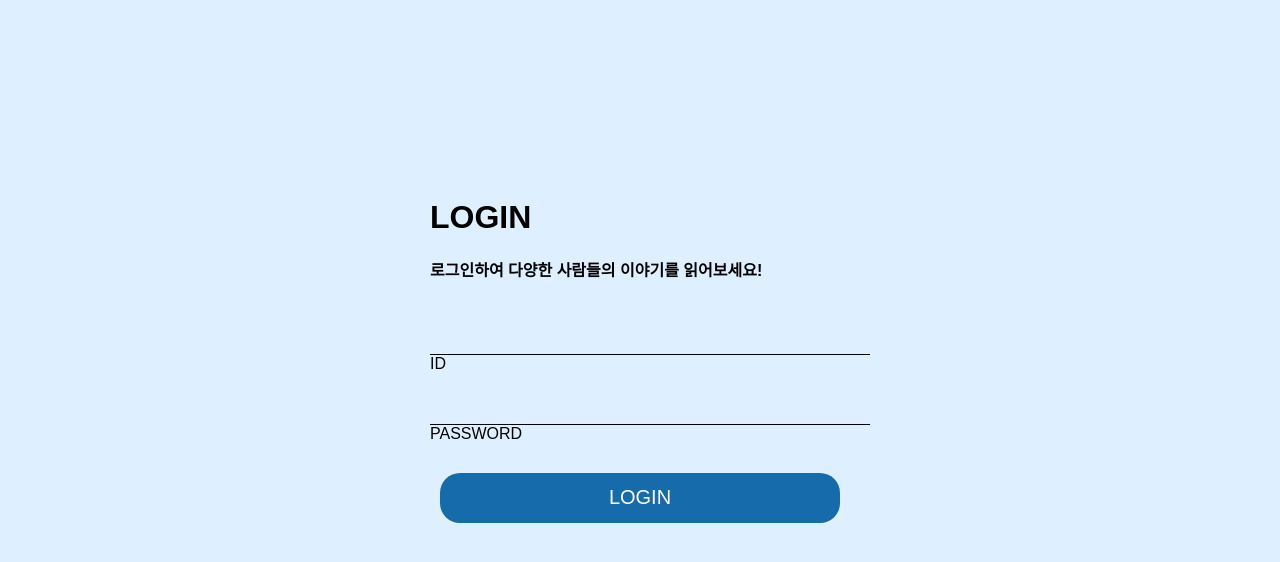
Repository: CISXO/JSP
Page: http://localhost/DB_Project/Login.jsp
The author's editor kept a copy of each file at every save. The page is drawn from the files as they stood at one save, then again after the next save.
The browser window is 1280 px wide. The pictures show the whole page.
The page is served by Tomcat 9.

Above is the page before, as saved 2022-12-18 04:10:11.

### DbProject/DB_Project/src/main/webapp/Login.jsp
<%@ page language="java" contentType="text/html; charset=EUC-KR"
    pageEncoding="EUC-KR" %>
<!DOCTYPE html>
<html>
<head>
<meta charset="EUC-KR">
<title>Insert title here</title>
</head>
<style>
body {
    background-color: #def0ff;
    font-family: 'Noto Sans KR', sans-serif;
    display: flex;
    justify-content: center;
    align-items: center;
    height: 95vh;
}

.loginButtonBox {
    margin-top: 30px;
}


input {
    width: 100%;
    padding: 20px 10px 10px;
    background-color: transparent;
    border: none;
    border-bottom: 1px solid black;
    font-size: 18px;
    outline: none;
}


#loginButton {
    width: 400px;
    height: 50px;
    margin: 0px 10px;
    color: #fff;
    background: #166caa;
    border: none;
    border-radius: 20px;
    font-size: 20px;
    cursor: pointer;
}



</style>
<body>
    <div class="loginSection">
        <h1 class="loginTitle">LOGIN</h1>
        <h4 class="loginGuide">
            로그인하여 다양한 사람들의 이야기를 읽어보세요!
        </h4>
        <form class="loginForm" action="login_result.jsp" method = "get">
            <div class="idBox">
                <input id="id" type="text" name="id" autocomplete="off" required>
                <label for="id">ID</label>
            </div>
            <div class="pwBox">
                <input id="pw" type="password" name="pw" autocomplete="off" required>
                <label for="pw">PASSWORD</label>
            </div>
            <div class="loginButtonBox">
                <button id="loginButton" type="submit">LOGIN</button>
            </div>
        </form>
    </div>

</body>
</html>

After the next save:
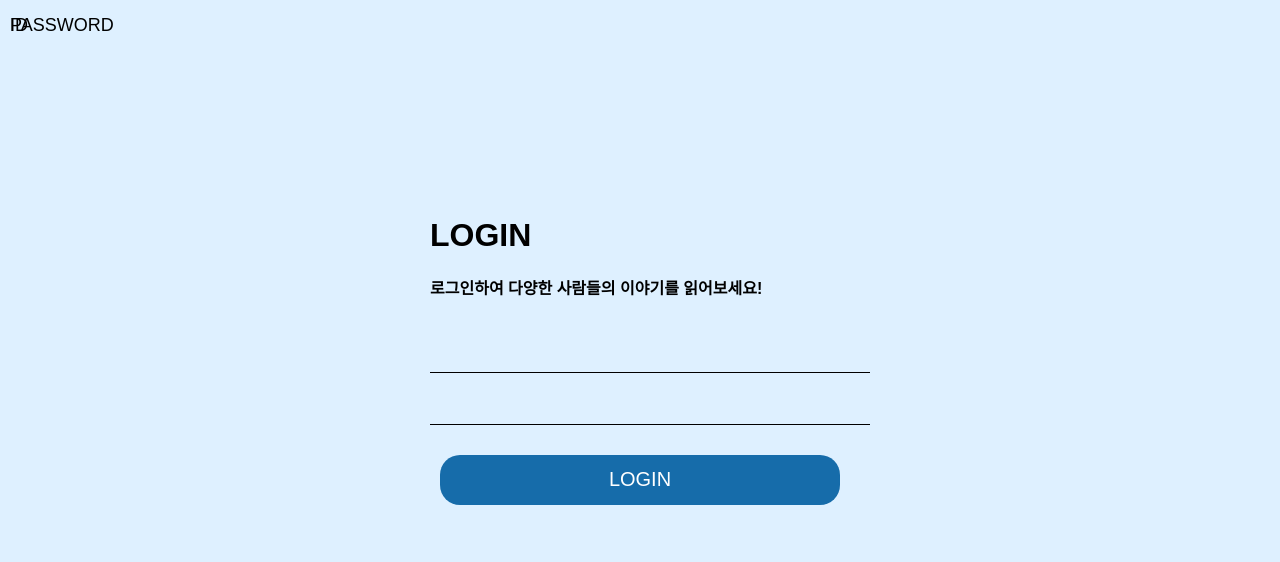
Saved 40 s later.
--- a/DbProject/DB_Project/src/main/webapp/Login.jsp
+++ b/DbProject/DB_Project/src/main/webapp/Login.jsp
@@ -29,6 +29,14 @@ input {
     border-bottom: 1px solid black;
     font-size: 18px;
     outline: none;
+}
+
+label {
+    position: absolute;
+    left: 10px;
+    top: 15px;
+    font-size: 18px;
+    transition: top 0.3s ease;
 }
 
 
